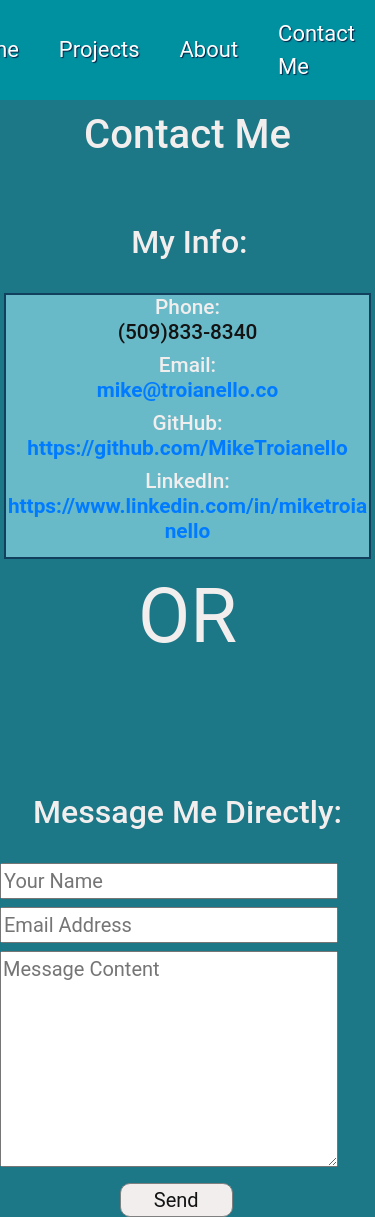
Repository: MikeTroianello/troianello
Page: /contact
These files come from the project's save history. The page is drawn as it stood at one moment and after the next save; the edit follows.
The browser window is 375 px wide. The pictures show the whole page.
The project was rebuilt for these pictures with package versions that can differ from the ones it lists, and the page was loaded fresh each time. Also part of the build but not shown: src/components/context-sensitive/Greet.js, src/components/locations/Home.js, src/components/locations/About/About.css, src/components/locations/About/AboutMobile.css, src/components/locations/About/About.js, src/components/cards/RainbowDay.js, src/components/cards/CanvasBubbles.js, src/components/cards/projectCard.css and 4 more.

Above is the page before, as saved 2019-08-02 18:20:21.

After the next save:
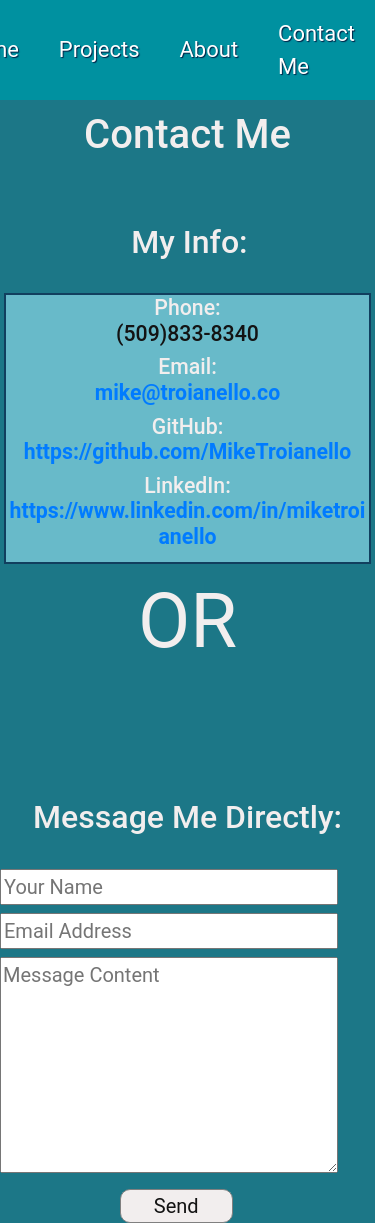
Saved 64 s later.
--- a/src/components/locations/Contact/ContactMobile.css
+++ b/src/components/locations/Contact/ContactMobile.css
@@ -11,7 +11,7 @@
   }
 
   .contact-page h3 {
-    font-size: 1.3rem;
+    font-size: 1.33rem;
   }
 
   /* .contact-side-one {
